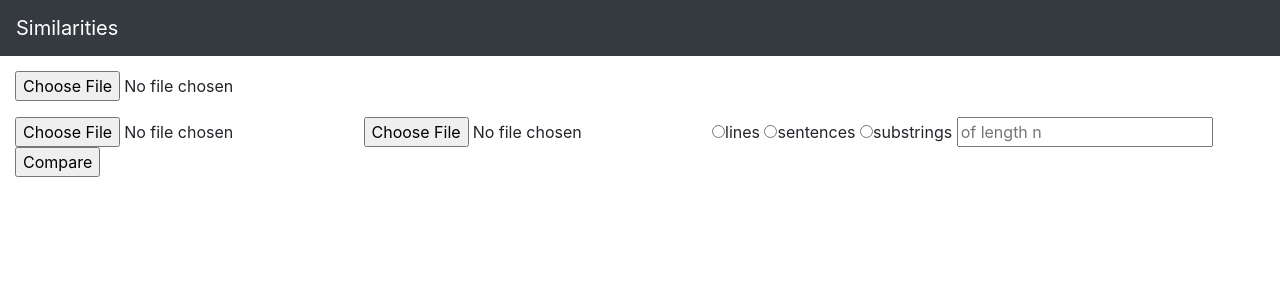
Repository: kenwynejohnes/cs50
Page: http://localhost/
The author's editor kept a record of every edit. The page is drawn from the files as they stood at one moment, then again after the next edit.
The browser window is 1280 px wide. The pictures show the whole page.
Some web libraries are served in a nearby version. The page is served by the project's application, run on Flask 3 (pset6/similarities/application.py). Other server files are loaded and not shown.

Above is the page before.

### pset6/similarities/templates/index.html
{% extends "layout.html" %}

{% block body %}

    <div class="col">
        <form action="/compare" enctype="multipart/form-data" method="post">

            <!-- TODO -->
            <p>
                <input type="file" name="file1"></input>
            </p>
            <input type="file" name="file1"></input>
            <input type="file" name="file2"></input>

            <input type="radio" name="algorithm" value="lines">lines</input>
            <input type="radio" name="algorithm" value="sentences">sentences</input>
            <input type="radio" name="algorithm" value="substrings">substrings</input>
            <input type="number" name="length" placeholder="of length n">

            <button type="submit">Compare</button>


        </form>
    </div>

{% endblock %}

### pset6/similarities/templates/layout.html
<!DOCTYPE html>

<html lang="en">
    <head>

        <!-- Required meta tags -->
        <meta charset="utf-8"/>
        <meta name="viewport" content="width=device-width, initial-scale=1, shrink-to-fit=no"/>

        <!-- Bootstrap CSS -->
        <link href="https://maxcdn.bootstrapcdn.com/bootstrap/4.0.0-beta/css/bootstrap.min.css" rel="stylesheet"/>

        <link href="/static/styles.css" rel="stylesheet"/>

        <title>Similarities</title>

    </head>
    <body>

        <nav class="navbar fixed-top navbar-dark bg-dark">
            <a class="navbar-brand" href="/">Similarities</a>
        </nav>

        <div class="container-fluid">
            <div class="row">
                {% block body %}{% endblock %}
            </div>
        </div>

        <!-- Optional JavaScript -->
        <script src="https://code.jquery.com/jquery-3.2.1.slim.min.js"></script>
        <script src="https://cdnjs.cloudflare.com/ajax/libs/popper.js/1.11.0/umd/popper.min.js"></script>
        <script src="https://maxcdn.bootstrapcdn.com/bootstrap/4.0.0-beta/js/bootstrap.min.js"></script>

    </body>
</html>

Loaded but not shown: pset6/similarities/application.py (common file); pset6/similarities/static/styles.css (common file)

After the next edit:
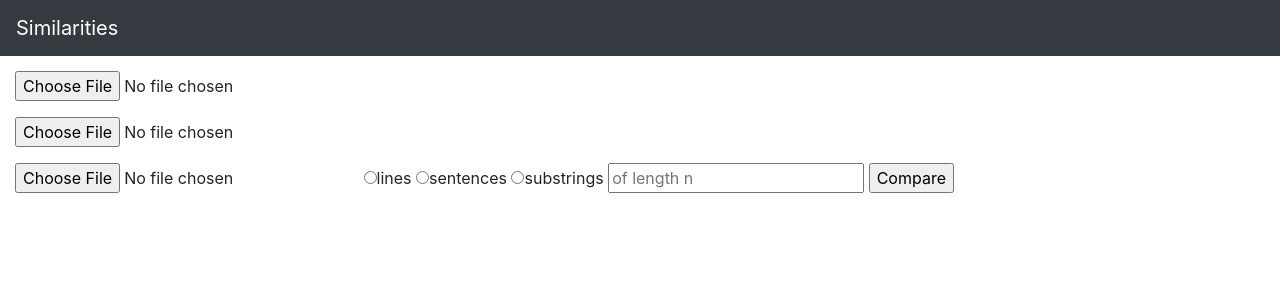
The edit:
--- a/pset6/similarities/templates/index.html
+++ b/pset6/similarities/templates/index.html
@@ -9,7 +9,9 @@
             <p>
                 <input type="file" name="file1"></input>
             </p>
-            <input type="file" name="file1"></input>
+            <p>
+                <input type="file" name="file2"></input>
+            </p>
             <input type="file" name="file2"></input>
 
             <input type="radio" name="algorithm" value="lines">lines</input>
